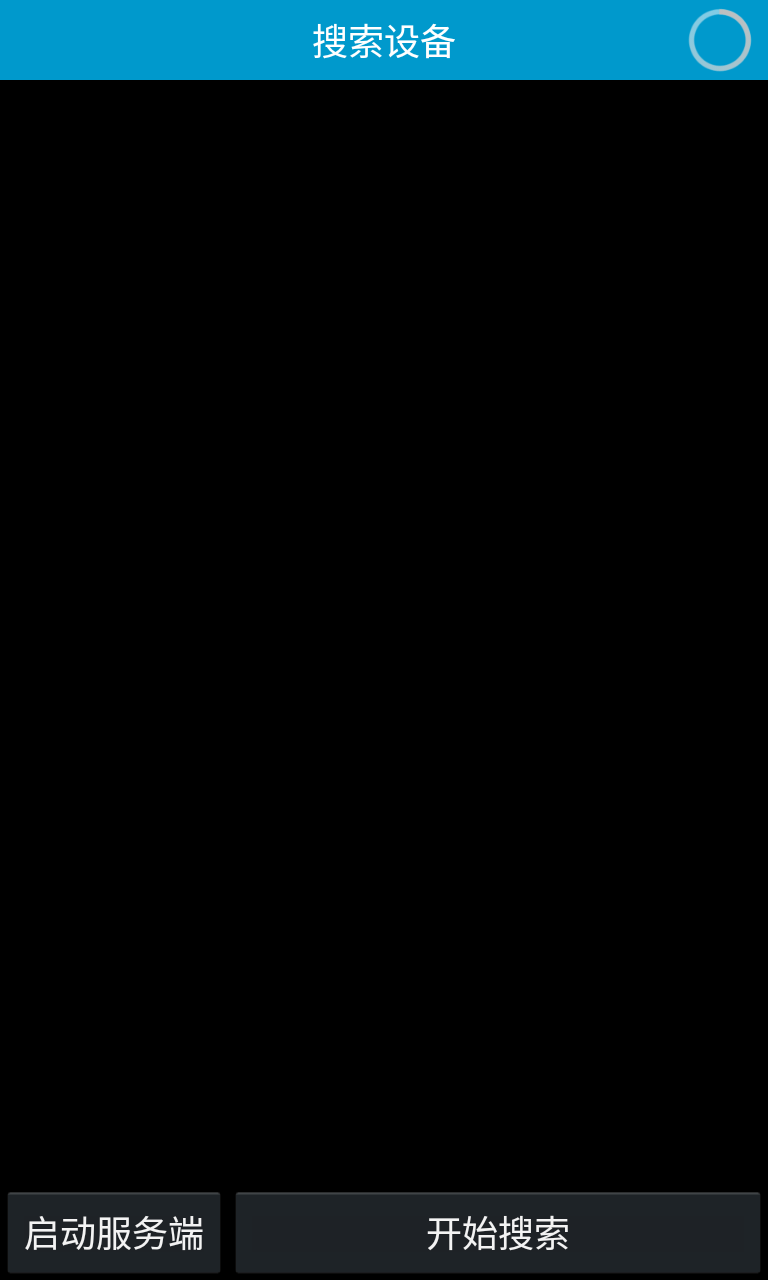
Repository: yihu0817/AndroidDemo
Layout: 蓝牙/AndroidBluetooth/res/layout/devices_layout.xml
An editor plug-in stored every save of this project. The layout is shown before and after the next save, followed by the edit.
It is drawn on a 768 x 1280 px phone screen (xhdpi) without system bars, with theme android:Theme.Holo; the app's code is not run. Lists and similar views that code fills are empty.

Above is the layout before, as saved 2015-03-20 02:29:51.

### 蓝牙/AndroidBluetooth/res/layout/devices_layout.xml
<?xml version="1.0" encoding="utf-8"?>
<RelativeLayout xmlns:android="http://schemas.android.com/apk/res/android"
    android:id="@+id/devices"
    android:layout_width="fill_parent"
    android:layout_height="fill_parent"
    android:orientation="vertical" >

    <RelativeLayout
        android:id="@+id/title_layout"
        android:layout_width="fill_parent"
        android:layout_height="40dp"
        android:background="@android:color/holo_blue_dark" >

        <ProgressBar
            android:id="@+id/progress_bar"
            android:layout_width="wrap_content"
            android:layout_height="wrap_content"
            android:layout_alignParentRight="true" />

        <TextView
            android:id="@+id/title_txt"
            android:layout_width="wrap_content"
            android:layout_height="wrap_content"
            android:layout_centerInParent="true"
            android:text="搜索设备"
            android:textColor="@android:color/white"
            android:textSize="18sp" />
    </RelativeLayout>

    <RelativeLayout
        android:id="@+id/bt_bottombar"
        android:layout_width="fill_parent"
        android:layout_height="wrap_content"
        android:layout_alignParentBottom="true" >

        <Button
            android:id="@+id/start_service"
            android:layout_width="wrap_content"
            android:layout_height="wrap_content"
            android:text="启动服务端" />

        <Button
            android:id="@+id/start_seach"
            android:layout_width="fill_parent"
            android:layout_height="wrap_content"
            android:layout_toRightOf="@+id/start_service"
            android:text="开始搜索" />
    </RelativeLayout>

    <ListView
        android:id="@+id/list"
        android:layout_width="fill_parent"
        android:layout_height="fill_parent"
        android:layout_above="@id/bt_bottombar"
        android:layout_below="@id/title_layout"
        android:layout_weight="1.0"
        android:divider="#ffc6c6c6"
        android:scrollingCache="false" />

</RelativeLayout>

After the next save:
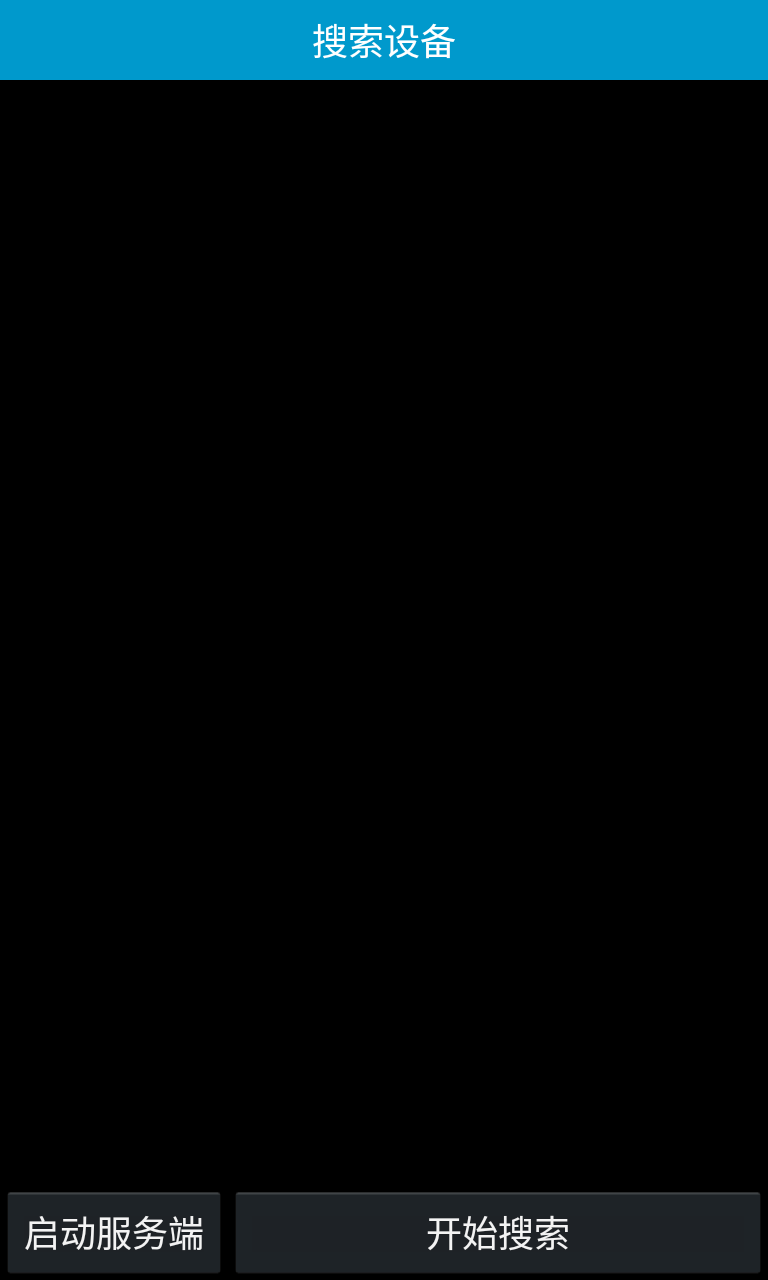
Saved 10 s later.
--- a/蓝牙/AndroidBluetooth/res/layout/devices_layout.xml
+++ b/蓝牙/AndroidBluetooth/res/layout/devices_layout.xml
@@ -15,7 +15,8 @@
             android:id="@+id/progress_bar"
             android:layout_width="wrap_content"
             android:layout_height="wrap_content"
-            android:layout_alignParentRight="true" />
+            android:layout_alignParentRight="true"
+            android:visibility="gone" />
 
         <TextView
             android:id="@+id/title_txt"
